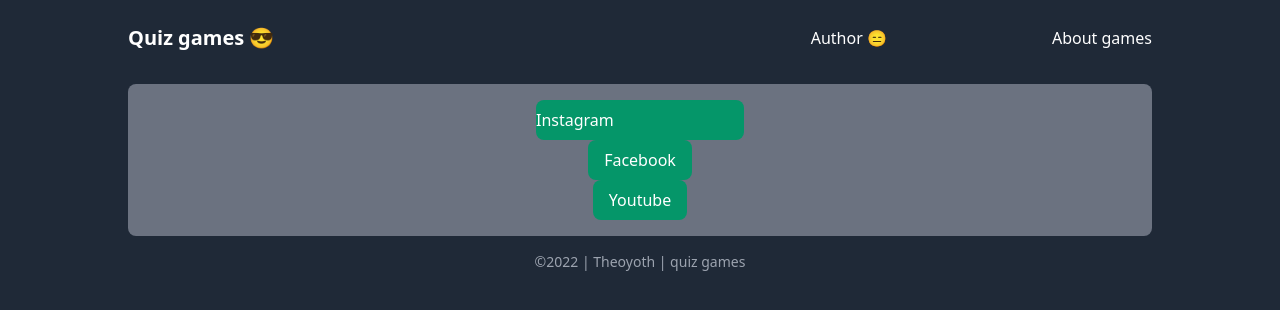
Repository: theoyoth/quiz-game
Page: /author
These files come from the project's save history. The page is drawn as it stood at one moment and after the next save; the edit follows.
The browser window is 1280 px wide. The pictures show the whole page.
The project was rebuilt for these pictures with package versions that can differ from the ones it lists, and the page was loaded fresh each time. The framework's server and built-in components were replaced by stand-ins that run in the browser. Also part of the build but not shown: nuxt.config.js, components/EndPage.vue, components/Loading.vue, layouts/404.vue, layouts/error.vue, layouts/errorLayout.vue.

Above is the page before, as saved 2022-06-16 20:10:47.

### assets/css/main.css
@tailwind base;
@tailwind components;
@tailwind utilities;


/* hide scrollbar */
/* ================================ */
* {
  /* for explorer, edge */
  -ms-overflow-style: none;
  /* for firefox */
  scrollbar-width: none;
}
::-webkit-scrollbar {
  /* for chrome, safari, and opera */
  display: none;
}
/* ================================ */

.correct {
  background-color: rgb(23, 87, 170);
}
.incorrect {
  background-color: rgb(204, 49, 41);
}

### components/Footer.vue
.<template>
  <div class="text-center mt-4">
    <p class="text-sm text-gray-400">&copy;2022 | Theoyoth | quiz games</p>
  </div>
</template>

<script>
export default {

}
</script>

### components/Header.vue
<template>
  <div class="flex justify-between items-center">
    <div>
      <h2 class="font-bold text-xl">
        <NuxtLink to="/">Quiz games 😎</NuxtLink>
      </h2>
    </div>
    <div class="lg:w-1/3 sm:w-1/2 md:w-1/3 xl:w-1/3 flex justify-between items-center">
      <NuxtLink to="/author">Author 😑</NuxtLink>
      <NuxtLink to="/about">About games</NuxtLink>
    </div>
  </div>
</template>

<script>
export default {

}
</script>

### components/Main.vue
<template>
  <div>
    <div class="lg:px-10 md:px-8 sm:px-4 xl:px-32 py-6 min-h-screen bg-gray-800 text-white">
    <Header />
      <NuxtChild />
    <Footer />
    </div>
  </div>
</template>

<script>
export default {

}
</script>

### layouts/default.vue
<template>
  <Main>
      <Nuxt />
  </Main>
</template>

### pages/author.vue
<template>
  <div>
    <div class="bg-gray-500 rounded-lg py-4 flex flex-col items-center justify-around mt-8">
      <a href="https://www.instagram.com/theoyoth/" target="_blank" class="bg-green-600 py-2 w-52 rounded-lg">
        <button>Instagram</button>
      </a>
      <a href="/game" target="_blank" class="bg-green-600 py-2 px-4 rounded-lg">
        <button>Facebook</button>
      </a>
      <a href="/game" target="_blank" class="bg-green-600 py-2 px-4 rounded-lg">
        <button>Youtube</button>
      </a>
    </div>
  </div>
</template>

<script>
export default {

}
</script>

### tailwind.config.js
/** @type {import('tailwindcss').Config} */
module.exports = {
  content: [
    "./components/**/*.{js,vue,ts}",
    "./layouts/**/*.vue",
    "./pages/**/*.vue",
    "./plugins/**/*.{js,ts}",
    "./nuxt.config.{js,ts}",
  ],
  theme: {
    extend: {},
    screens: {
      sm: "410px",
      md: "640px",
      lg: "770px",
      xl: "1024px",
    },
  },
  plugins: [],
};

After the next save:
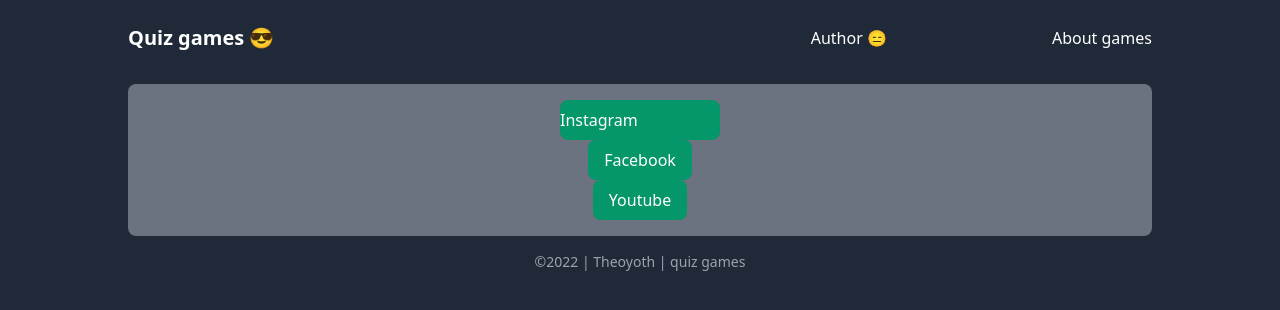
Saved 9 s later.
--- a/pages/author.vue
+++ b/pages/author.vue
@@ -1,7 +1,7 @@
 <template>
   <div>
     <div class="bg-gray-500 rounded-lg py-4 flex flex-col items-center justify-around mt-8">
-      <a href="https://www.instagram.com/theoyoth/" target="_blank" class="bg-green-600 py-2 w-52 rounded-lg">
+      <a href="https://www.instagram.com/theoyoth/" target="_blank" class="bg-green-600 py-2 w-40 rounded-lg">
         <button>Instagram</button>
       </a>
       <a href="/game" target="_blank" class="bg-green-600 py-2 px-4 rounded-lg">
